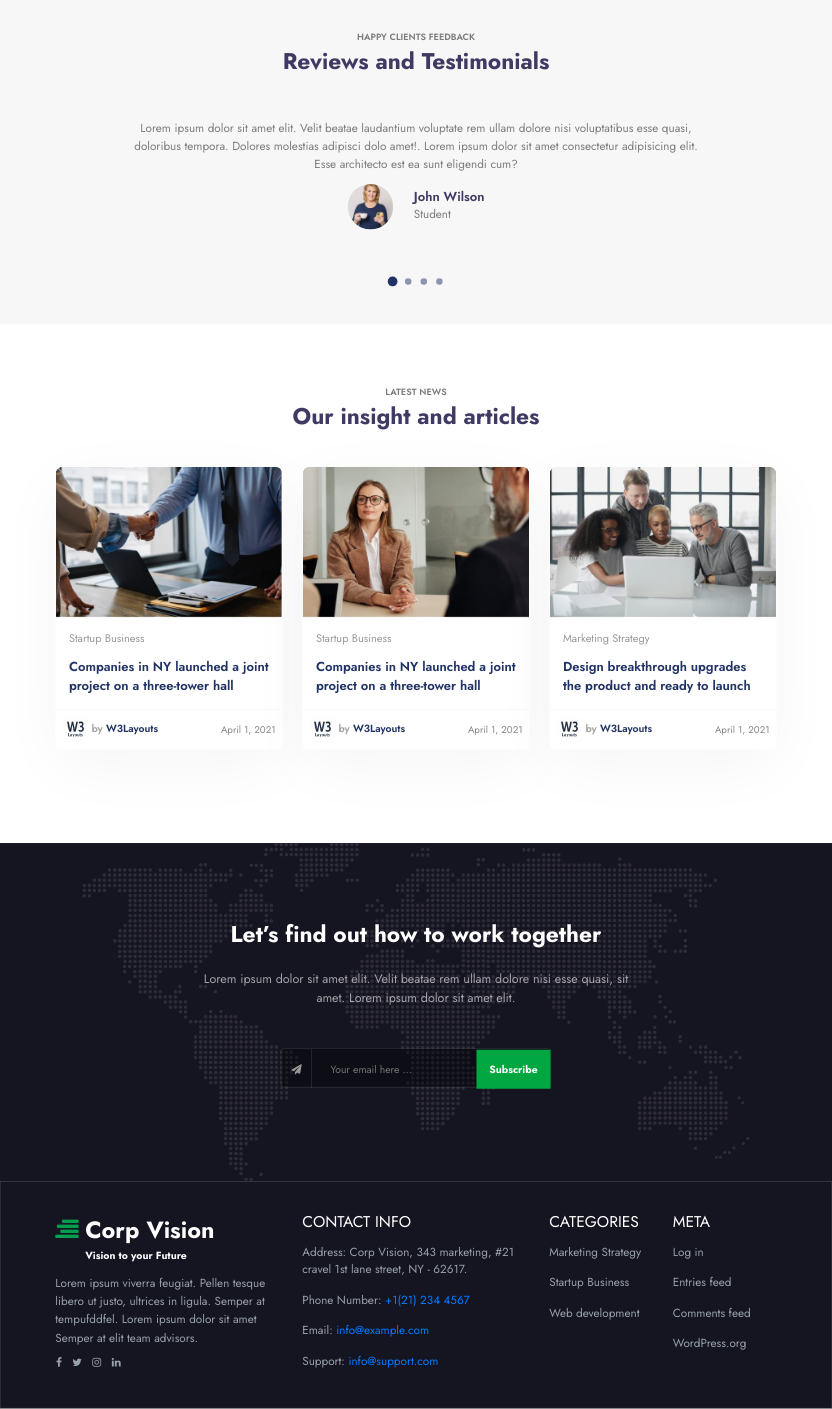
Repository: khaipnp/corpvision
Page: index.html
An editor plug-in stored every save of this project. The page is shown before and after the next save, followed by the edit.
The browser window is 1280 px wide. The pictures show the whole page, at 65% of full size.

Above is the page before, as saved 2021-07-04 15:14:41.

After the next save:
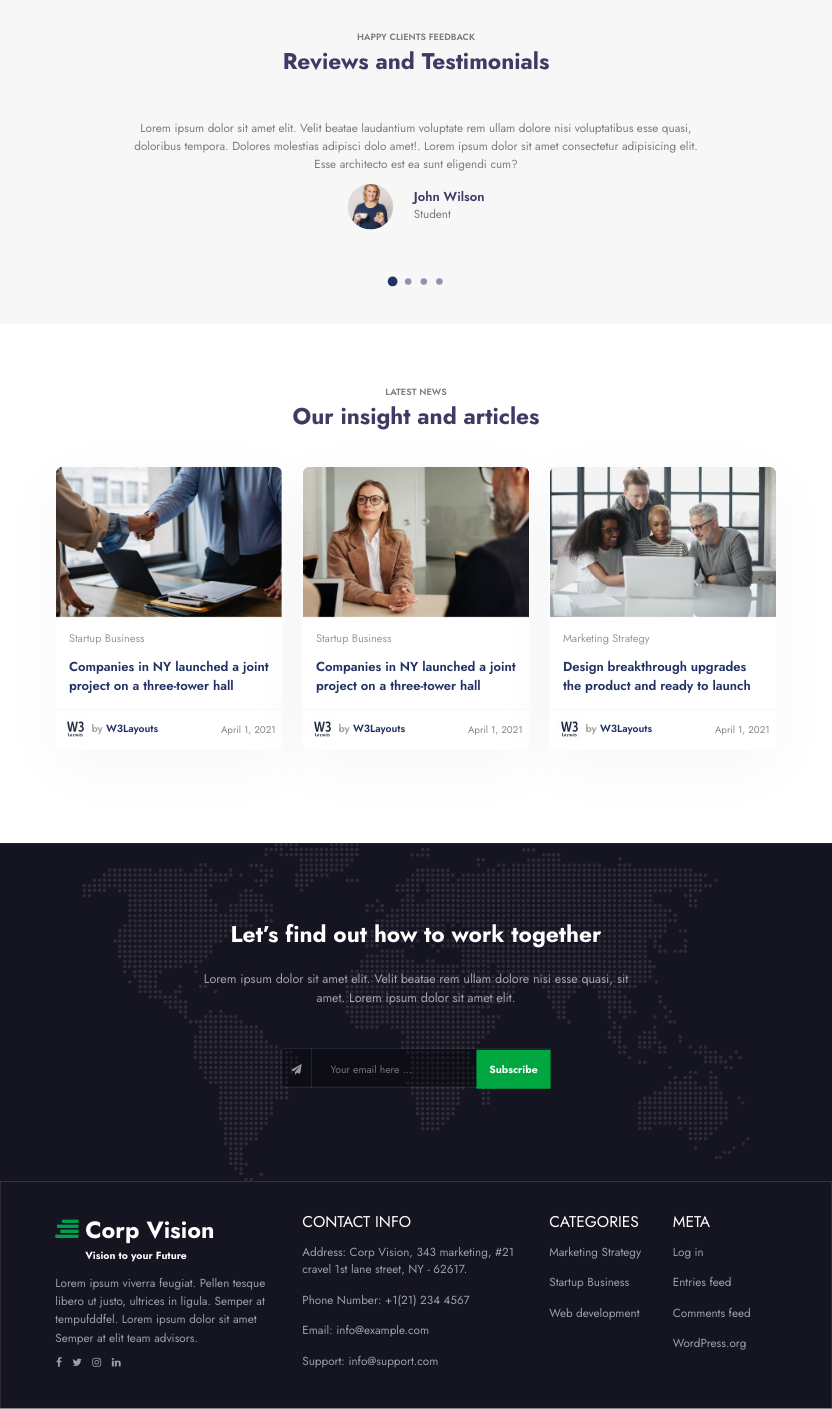
Saved 24 s later.
--- a/css/main.css
+++ b/css/main.css
@@ -262,6 +262,7 @@ footer {
 
 .footer__content ul li a {
   text-decoration: none !important;
+  color: #97a1a9;
 }
 
 .footer__content i {
